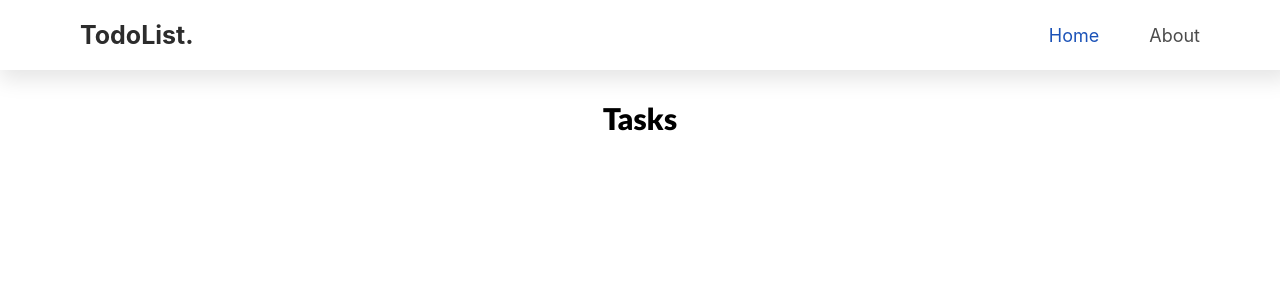
Repository: dqhuy153/react-todoList
Page: /
These files come from the project's save history. The page is drawn as it stood at one moment and after the next save; the edit follows.
The browser window is 1280 px wide. The pictures show the whole page.
The project was rebuilt for these pictures with package versions that can differ from the ones it lists, and the page was loaded fresh each time. Also part of the build but not shown: src/components/UI/LoadingSpinner.module.scss.

Above is the page before, as saved 2021-09-16 19:38:27.

### src/App.js
import React, { Suspense } from 'react';
import { Switch, Route } from 'react-router-dom';

import './App.css';
import Layout from './components/layout/Layout';
import LoadingSpinner from './components/UI/LoadingSpinner';

const Home = React.lazy(() => import('./components/pages/Home'));
const About = React.lazy(() => import('./components/pages/About'));

function App() {
  return (
    <Layout>
      <Suspense
        fallback={
          <div className="centered">
            <LoadingSpinner />
          </div>
        }
      >
        <Switch>
          <Route path="/" exact>
            <Home />
          </Route>
          <Route path="/about">
            <About />
          </Route>
          {/* <Route path="/products" exact>
          <Products />
        </Route>
        <Route path="/products/:productId">
          <ProductDetail />
        </Route> */}
        </Switch>
      </Suspense>
    </Layout>
  );
}

export default App;

### src/App.css
@import url('https://fonts.googleapis.com/css2?family=Lato:ital,wght@0,100;0,300;0,400;0,700;0,900;1,100;1,300;1,400;1,700;1,900&display=swap');

* {
  box-sizing: border-box;
  font-size: 62.5%;
  padding: 0;
  margin: 0;
}

.centered {
  margin: 3rem auto;
  text-align: center;
  display: flex;
  justify-content: center;
  align-items: center;
}

### src/components/layout/Layout.js
import React, { Fragment } from 'react';
import AppNavigation from './AppNavigation';

import styles from './Layout.module.scss';

export default function Layout(props) {
  return (
    <Fragment>
      <AppNavigation logoTitle="TodoList." />
      <main className={styles.main}>{props.children}</main>
    </Fragment>
  );
}

### src/components/UI/LoadingSpinner.js
import styles from './LoadingSpinner.module.scss';

const LoadingSpinner = () => {
  return <div className={styles.spinner}></div>;
};

export default LoadingSpinner;

### src/components/pages/Home.js
import React from 'react';

import styles from './Home.module.scss';

export default function Home(props) {
  return (
    <div className={styles.container}>
      <h1>Tasks</h1>
    </div>
  );
}

### src/components/layout/AppNavigation.js
import React from 'react';
import { NavLink } from 'react-router-dom';

import styles from './AppNavigation.module.scss';

export default function AppNavigation({ logoTitle = 'Demo.', ...props }) {
  return (
    <header className={styles.header}>
      <div className={styles.logo}>{logoTitle}</div>
      <nav>
        <ul>
          <li>
            <NavLink to="/" exact activeClassName={styles.active}>
              Home
            </NavLink>
          </li>
          <li>
            <NavLink to="/about" activeClassName={styles.active}>
              About
            </NavLink>
          </li>
        </ul>
      </nav>
    </header>
  );
}

### src/components/pages/Home.module.scss
.container {
  padding: 10rem 0;
  h1 {
    text-align: center;
    font-family: 'Lato', sans-serif;
    font-weight: 800;
    font-size: 3rem;
  }
}

### src/components/layout/AppNavigation.module.scss
.header {
  width: 100%;
  height: 7rem;
  display: flex;
  align-items: center;
  justify-content: space-between;
  background-color: #ffffff;
  padding: 0 8rem;
  box-shadow: 5px 5px 20px 5px rgba(0, 0, 0, 0.1);
  position: fixed;
}

.logo {
  font-size: 2.5rem;
  color: rgb(44, 44, 44);
  font-weight: bold;
}

.header ul {
  list-style: none;
  margin: 0;
  padding: 0;
  display: flex;
  align-items: baseline;
}

.header li {
  margin-left: 5rem;
}

.header a {
  text-decoration: none;
  font-size: 1.8rem;
  color: #4b4b4b;
}

.header a:hover,
.header a:active,
.header a.active {
  color: rgb(28, 83, 184);
}

Loaded but not shown: public/index.html (common file); src/index.js (common file); src/index.css (common file); src/reportWebVitals.js (common file); src/components/layout/Layout.module.scss (no stored copy; drawn as an empty file)

After the next save:
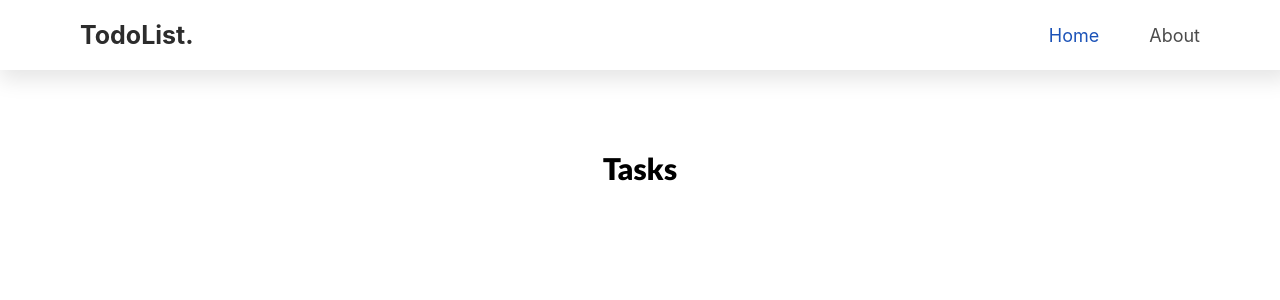
Saved 19 s later.
--- a/src/components/pages/Home.module.scss
+++ b/src/components/pages/Home.module.scss
@@ -1,5 +1,6 @@
 .container {
-  padding: 10rem 0;
+  padding: 15rem 0;
+
   h1 {
     text-align: center;
     font-family: 'Lato', sans-serif;
